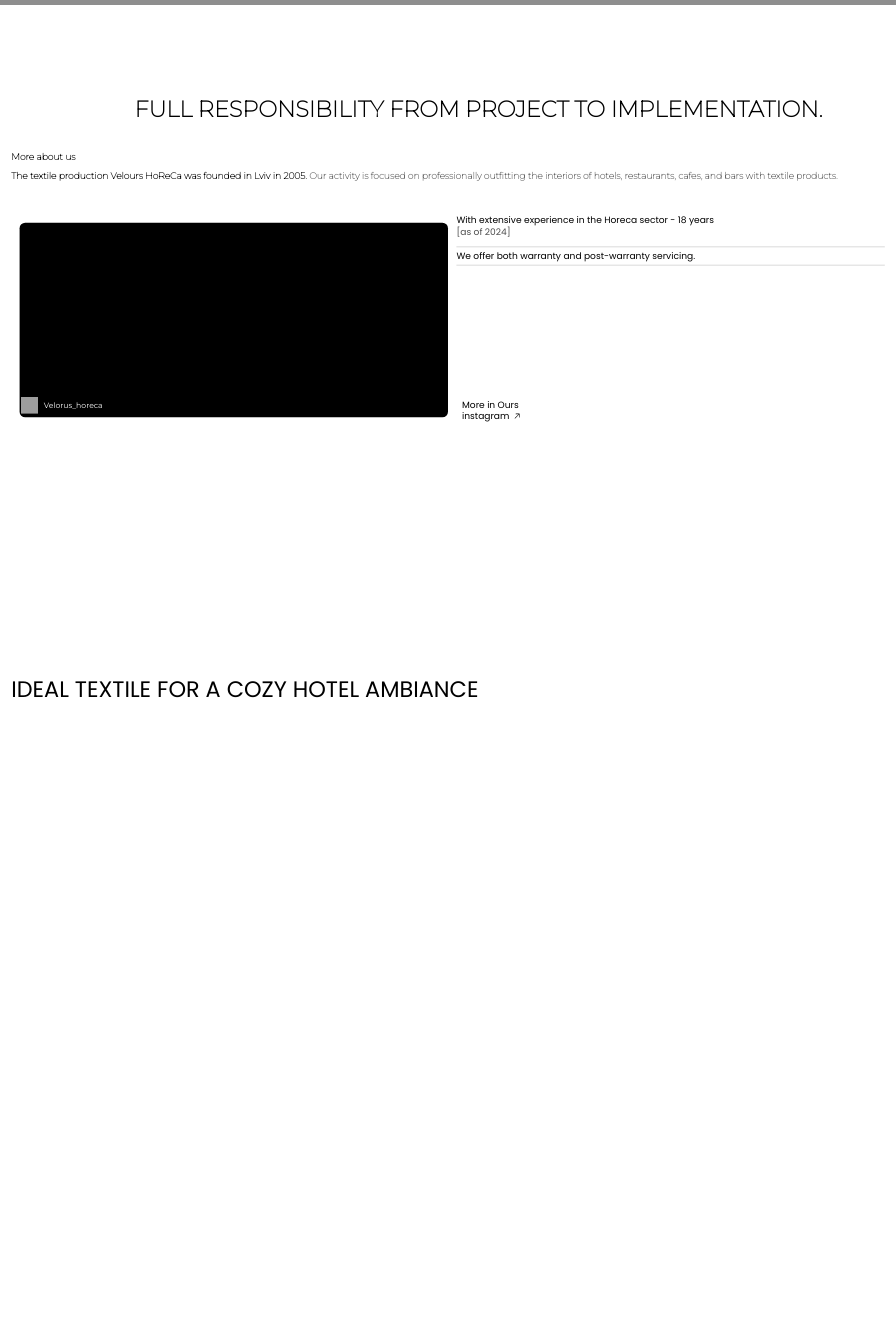
Repository: nikhilsinghrathore1/Shery_02
Page: /
These files come from the project's save history. The page is drawn as it stood at one moment and after the next save; the edit follows.
The browser window is 1280 px wide. The pictures show the part of the page from y = 2873 to 4793 px (the page is 5544 px tall), at 70% of full size.
Pictures or frames that could not be fetched are drawn as grey boxes. The project was rebuilt for these pictures with package versions that can differ from the ones it lists, and the page was loaded fresh each time. Also part of the build but not shown: vite.config.js.

Above is the page before, as saved 2024-07-18 03:07:54.

### src/App.jsx
import { useState } from 'react'
import reactLogo from './assets/react.svg'
import viteLogo from '/vite.svg'
import './App.css'
import Landing from './pages/Landing'

function App() {
  const [count, setCount] = useState(0)

  return (
    <>
      <Landing/>
    </>
  )
}

export default App

### src/App.css
@font-face {
  font-family: font1;
  src: url("../public/6624dc4c3f39ffabcd0dc162_Montserrat-VariableFont_wght.ttf");
}
@font-face {
  font-family: font2;
  src: url("../public/CircularXXWeb-Book\ \(1\).ttf");
}
@font-face {
  font-family: font3;
  src: url("../public/JTUQjIg1_i6t8kCHKm459WxRyS7m0dR9pA.ttf");
}
@font-face {
  font-family: font4;
  src: url("../public/JTUSjIg1_i6t8kCHKm459WlhyyTh89Y.ttf");
}
@font-face {
  font-family: font5;
  src: url("../public/pxiEyp8kv8JHgFVrJJfecnFHGPc.ttf");
}

.f1{
  font-family: font1;
}
.f2{
  font-family: font2;
}
.f3{
  font-family: font3;
}
.f4{
  font-family: font4;
}
.f5{
  font-family: font5;
}

### src/pages/Landing.jsx
import React from 'react'
import MoreInsta from '../components/MoreInsta'
import Nav from '../components/Nav'
import SingleHero from '../components/SingleHero'
import VideoCont from '../components/VideoCont'

const Landing = () => {
  return (
    <div className='w-full overflow-hidden'>
               {/* this is the first image gallery part */}
               <div className='w-full h-[400vh] relative '>
               <Nav/>
               <SingleHero img={"https://cdn.prod.website-files.com/6613fb0aff6a7761bf9a817d/66267f01781250e3c4f8ed19_hero-01-p-1080.webp"} text={"hotel"}/>
               <SingleHero img={"https://cdn.prod.website-files.com/6613fb0aff6a7761bf9a817d/66267f00e43626f944ce0076_hero-02-p-1080.webp"} text={"restaurant"}/>
               <SingleHero img={"https://cdn.prod.website-files.com/6613fb0aff6a7761bf9a817d/66267f011d36d94902bbbcd3_hero-03-p-1080.webp"} text={"catering"}/>
               <SingleHero img={"https://cdn.prod.website-files.com/6613fb0aff6a7761bf9a817d/66267f0015a49ebd0cb05e50_hero-04-p-1080.webp"} text={"+automative"}/>
               </div>

               {/* this is the second text wala part  */}

               <div className='w-full  h-[120vh] px-4 pt-32 leading-[42px]'>
                              {/* this is the variable weight text */}
                              <div className='w-full f4 text-[32px] font-semibold text-black uppercase h-fit'>
                                             <p><span className='pl-44'>full</span> responsibility from project to implementation.</p>
                              </div>

                              <div className='f4 text-[13px] font-semibold mt-10 leading-none'>
                                             <p>More about us</p>
                                             <p className='mt-3 leading-[16px] font-semibold'>The textile production Velours HoReCa was founded in Lviv in 2005. <span className='opacity-60'>Our activity is focused on professionally outfitting the interiors of hotels, restaurants, cafes, and bars with textile products.</span></p>
                              </div>

                              <div className='w-full flex h-[50vh] mt-12 '>
                                             <div className='w-1/2 h-full flex justify-end pt-3'>
                                                            <VideoCont/>
                                             </div>
                                             <div className='w-1/2 h-full flex flex-col justify-between pl-3 pb-16 f5 font-light'>

                                                            <div className='w-full leading-[17px]  text-[13px]'>
                                                                           <p>With extensive experience in the Horeca sector - 18 years </p>
                                                                           <p className='opacity-70'>[as of 2024]</p>

                                                                           <div className='border-y-[1px] border-black/20 py-1 mt-3'>
                                                                                          <p>We offer both warranty and post-warranty servicing.</p>
                                                                           </div>
                                                            </div>

                                                            <div className='f4 pl-2'>
                                                                           <MoreInsta/>
                                                            </div>



                                             </div>
                              </div>
               </div>

               <div className='w-full h-[250vh] px-4 pt-24'>
               <div className=' uppercase text-[32px] w-[78%] leading-[35px] f5 font-light '>
                                             <p>ideal textile for a cozy hotel ambiance</p>
                              </div>
               </div>


    </div>
  )
}

export default Landing

### src/components/MoreInsta.jsx
import React from 'react'
import { GoArrowUpRight } from "react-icons/go";

const MoreInsta = () => {
  return (
    <div className=' leading-[16px] text-[13px] text-black f5 font-light'>
               <p>More in Ours</p>
               <p className='flex items-center gap-1'>instagram <span><GoArrowUpRight/></span></p>
    </div>
  )
}

export default MoreInsta

### src/components/Nav.jsx
import React from 'react'

const Nav = () => {
  return (
    <div className='w-full h-[100vh]  fixed text-white flex flex-col justify-between z-40 top-0'>
        <div className=' flex items-center justify-center pt-7'>

               <div className='flex  flex-col items-center justify-center leading-[18px]'>
                              <h1 className='text-[24px] f1'>Velorus</h1>
                              <h2 className='text-[10px] f1 '>HoReCa</h2>
               </div>
        </div>

        {/* this is the menu bar kinda thingy */}
        <div className='w-full h-[10vh]  px-3  '>

          <div className='w-full h-[65%] bg-black rounded-md flex justify-between px-[2px]'>
            <div className='w-[18%] h-full bg-white flex items-center justify-center overflow-hidden rounded-md'>
              <img className='w-[90%] h-[90%] object-cover' src="https://cdn.prod.website-files.com/6613fb0aff6a7761bf9a817d/6624b9bbba2e8daa37ae2e54_download-img-02.webp" alt="not showing" />
            </div>

            <div className='w-[57%] h-full text-[13px] text-white leading-[16px] f2 flex items-center justify-center'>
              <p>Download our Brochour on services in the HoReCa industry</p>
            </div>


            <div className='w-[15%] h-full bg-white flex items-center justify-center overflow-hidden rounded-md'>
              <img className='w-[80%] h-[80%] object-cover' src="https://cdn.prod.website-files.com/6613fb0aff6a7761bf9a817d/6624bdfbd80898e1c3060de1_download-icon.webp" alt="not showing" />
            </div>
          </div>





        </div>

    </div>
  )
}

export default Nav

### src/components/SingleHero.jsx
import React from 'react'

const SingleHero = ({img , text}) => {
  return (
    <div className='w-full h-[100vh] relative'>
               <div className='absolute bg-black/10 flex items-center justify-center w-full h-full top-0'>
                              <h1 className='uppercase text-[44px] f4 font-bold tracking-wider text-white'>{text}</h1>
               </div>
               <img className='w-full h-full object-cover' src={img} alt="not showing" />
    </div>
  )
}

export default SingleHero

### src/components/VideoCont.jsx
import React from 'react'

const VideoCont = () => {
  return (
    <div className='w-[98%] h-[80%] bg-black rounded-lg pt-[3px] px-[2px] '>
               <div className='w-full h-[87%] overflow-hidden rounded-lg'>
                              <video autoPlay muted loop className='w-full h-full object-cover' src="https://s3.amazonaws.com/webflow-prod-assets/6613fb0aff6a7761bf9a817d/663bcfe77765a0f1702b036f_insta-3.mp4"></video>
               </div>
               <div className='w-full text-white text-[11px] f1 h-[13%] pt-1 flex items-center pb-[2px] gap-2'>
                              <img className='w-[24px] h-[24px] object-cover' src="https://cdn.prod.website-files.com/6613fb0aff6a7761bf9a817d/663bcbd3012e5e6821be914c_logo-horeca.png" alt="not showing" />
                              <p>Velorus_horeca</p>
               </div>
    </div>
  )
}

export default VideoCont

Loaded but not shown: index.html (common file); src/main.jsx (common file); src/index.css (common file); tailwind.config.js (common file)

After the next save:
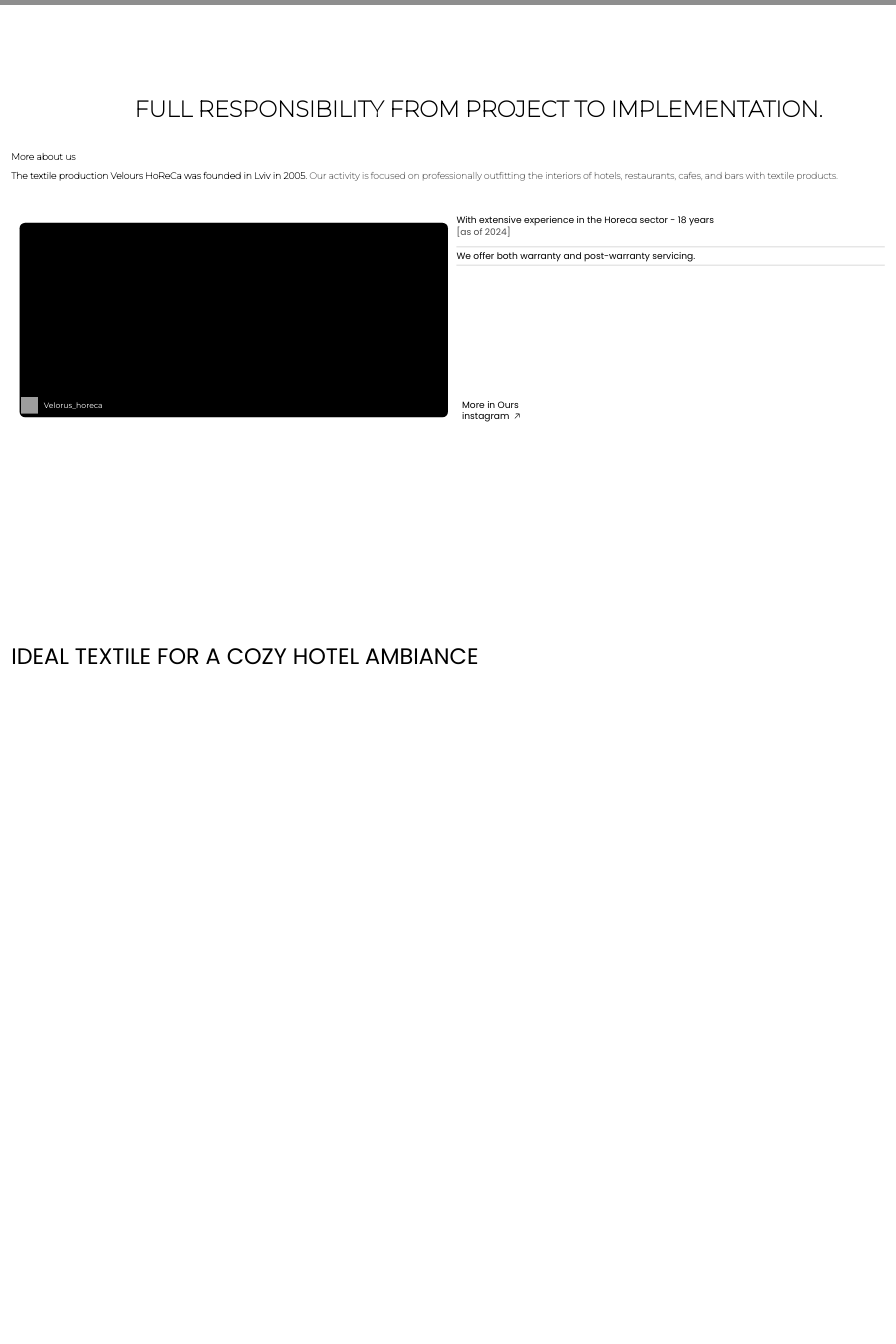
Saved 5 s later.
--- a/src/pages/Landing.jsx
+++ b/src/pages/Landing.jsx
@@ -54,7 +54,7 @@ const Landing = () => {
                               </div>
                </div>
 
-               <div className='w-full h-[250vh] px-4 pt-24'>
+               <div className='w-full h-[250vh] px-4 pt-12'>
                <div className=' uppercase text-[32px] w-[78%] leading-[35px] f5 font-light '>
                                              <p>ideal textile for a cozy hotel ambiance</p>
                               </div>
